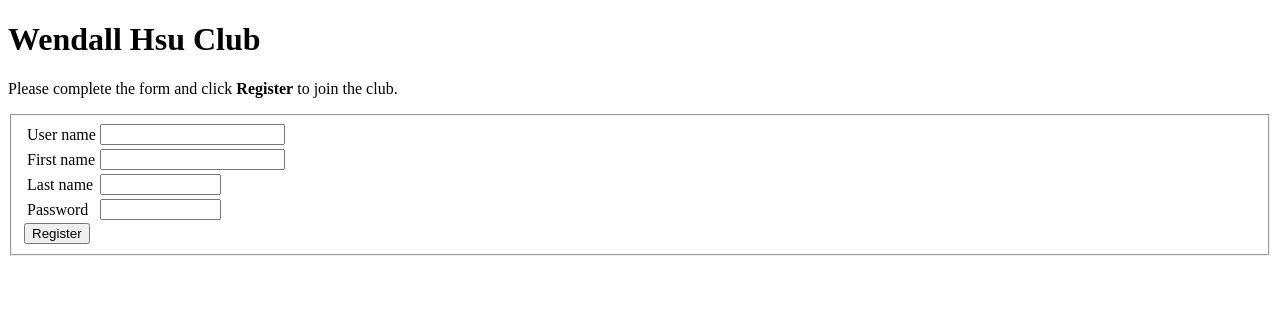
Repository: hsunami21/JavaEE
Page: http://localhost/WendallHsuClubMembershipWeb/register.jsp
These files come from the project's save history. The page is drawn as it stood at one moment and after the next save; the edit follows.
The browser window is 1280 px wide. The pictures show the whole page.
The page is served by Tomcat 9. Other server files are loaded and not shown.

Above is the page before, as saved 2015-11-11 15:58:09.

### WendallHsuClubMembershipWeb/WebContent/register.jsp
<%@ page language="java" contentType="text/html; charset=ISO-8859-1"
    pageEncoding="ISO-8859-1"%>
<!DOCTYPE html PUBLIC "-//W3C//DTD HTML 4.01 Transitional//EN" "http://www.w3.org/TR/html4/loose.dtd">
<html>
<head>
<meta http-equiv="Content-Type" content="text/html; charset=ISO-8859-1">
<title>register</title>
</head>
<body>
<h1>Wendall Hsu Club</h1>
<p>Please complete the form and click <span style="font-weight:bold">Register</span> to join the club.
<fieldset>
<form method="post" action="${pageContext.request.contextPath}/register">
<table border="0">
		<tr>
			<td>User name</td>
			<td><input type="text" name="userName" size="20" maxlength="20"></td>
		</tr>
		<tr>
			<td>First name</td>
			<td><input type="text" name="firstName" size="20" maxlength="20"></td>
		</tr>
		<tr>
			<td>Last name</td>
			<td><input type="text" name="lastName" size="12" maxlength="12"></td>
		</tr>
		<tr>
			<td>Password</td>
			<td><input type="password" name="password" size="12" maxlength="12"></td>
		</tr>
</table>
<input type="submit" name="login" value="Register">
</form>
</fieldset>

</body>
</html>

After the next save:
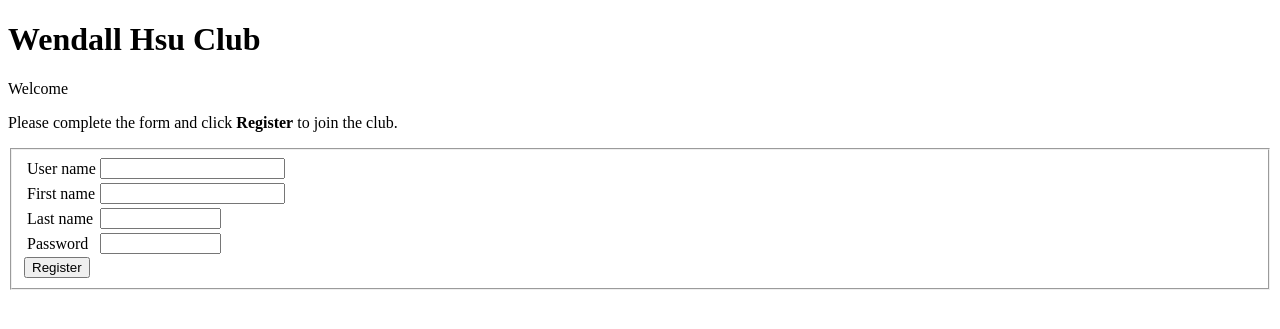
Saved 47 s later.
--- a/WendallHsuClubMembershipWeb/WebContent/register.jsp
+++ b/WendallHsuClubMembershipWeb/WebContent/register.jsp
@@ -8,6 +8,7 @@
 </head>
 <body>
 <h1>Wendall Hsu Club</h1>
+<p>Welcome ${sessionScope.userName}</p>
 <p>Please complete the form and click <span style="font-weight:bold">Register</span> to join the club.
 <fieldset>
 <form method="post" action="${pageContext.request.contextPath}/register">

After the save that followed:
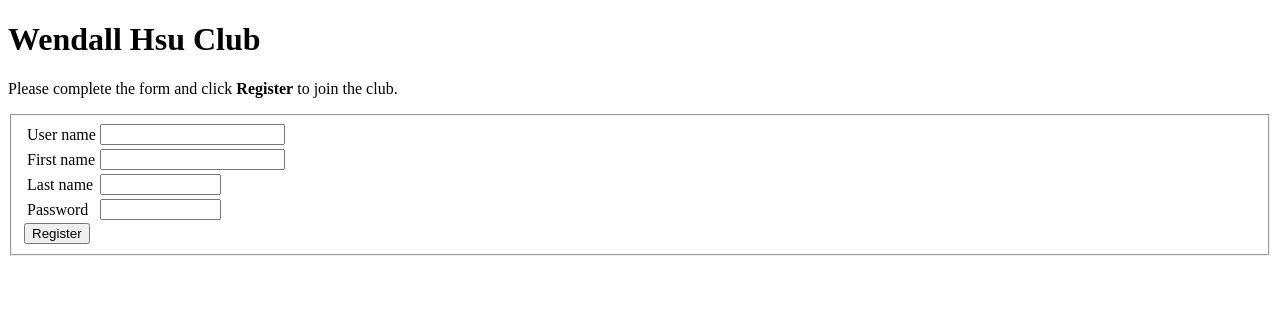
Saved 87 s later.
--- a/WendallHsuClubMembershipWeb/WebContent/register.jsp
+++ b/WendallHsuClubMembershipWeb/WebContent/register.jsp
@@ -8,7 +8,6 @@
 </head>
 <body>
 <h1>Wendall Hsu Club</h1>
-<p>Welcome ${sessionScope.userName}</p>
 <p>Please complete the form and click <span style="font-weight:bold">Register</span> to join the club.
 <fieldset>
 <form method="post" action="${pageContext.request.contextPath}/register">
